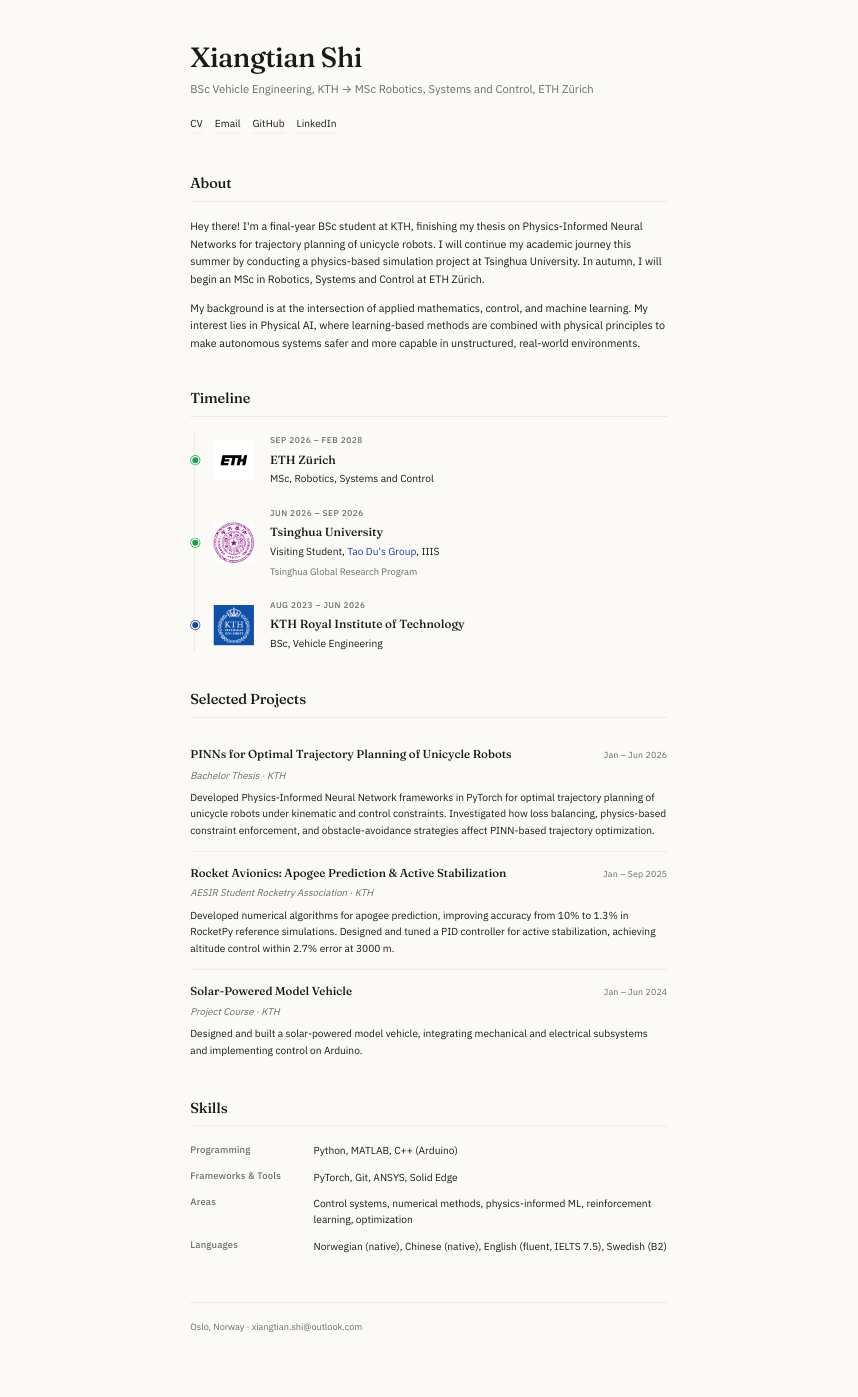
Repository: xitisch/xitisch.github.io
Page: index.html
The author's editor kept a copy of each file at every save. The page is drawn from the files as they stood at one save, then again after the next save.
The browser window is 1280 px wide. The pictures show the whole page, at 67% of full size.

Above is the page before, as saved 2026-06-08 03:23:27.

After the next save:
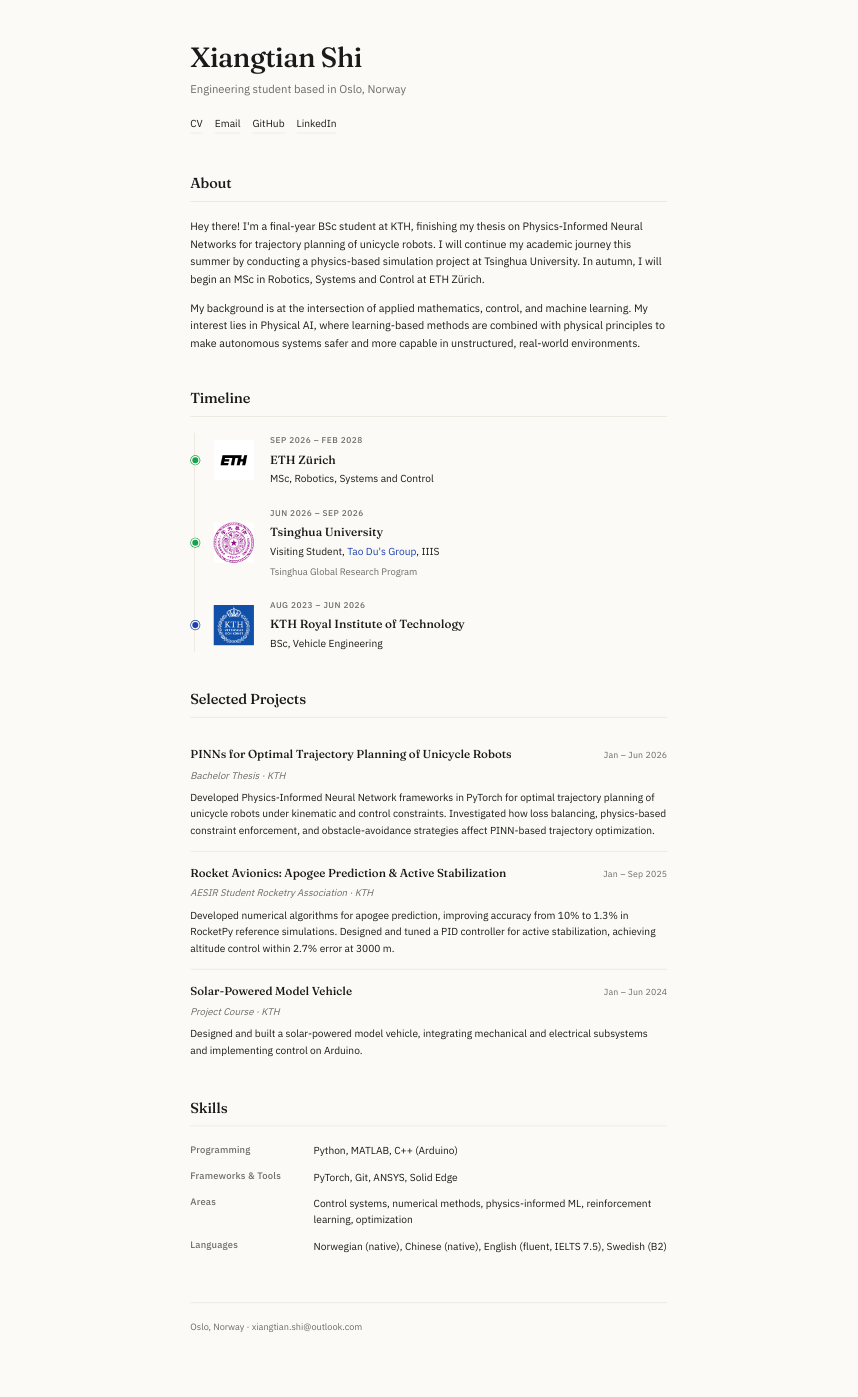
Saved 82 s later.
--- a/index.html
+++ b/index.html
@@ -11,7 +11,7 @@
 
     <header>
       <h1>Xiangtian Shi</h1>
-      <p class="tagline">BSc Vehicle Engineering, KTH &rarr; MSc Robotics, Systems and Control, ETH Zürich</p>
+      <p class="tagline">Engineering student based in Oslo, Norway</p>
       <nav class="header-links">
         <a href="XiangtianShi_CV.pdf" target="_blank">CV</a>
         <a href="mailto:xiangtian.shi@outlook.com">Email</a>
